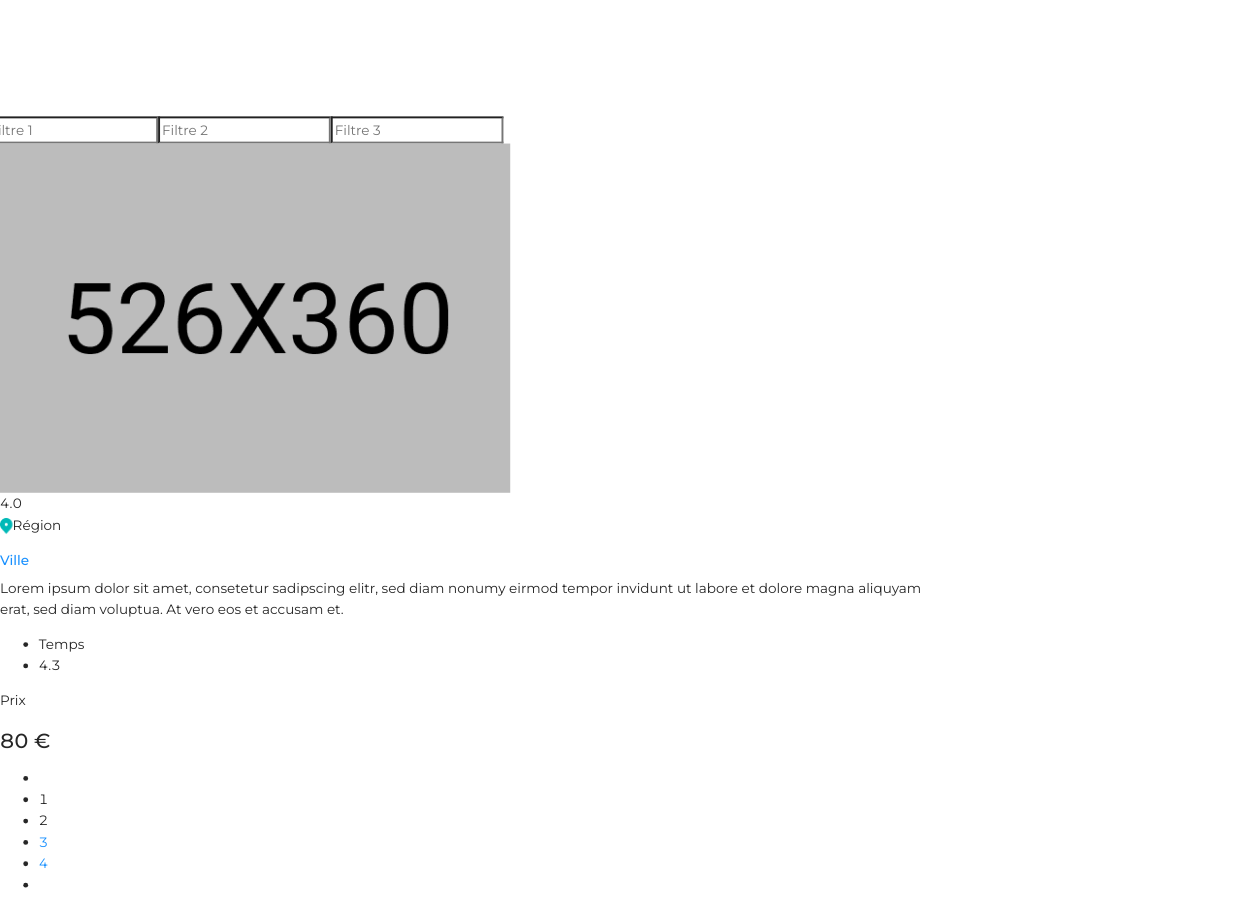
Repository: Emerson1220/projet-neofeel-lacapsule
Page: /roadPlanner (app in reactapp/)
The author's editor kept a copy of each file at every save. The page is drawn from the files as they stood at one save, then again after the next save.
The browser window is 1280 px wide. The page is 1295 px wide, so the pictures cover 1295 px, including what lies to the right of the window. The pictures show the whole page, at 97% of full size.
The project was rebuilt for these pictures with package versions that can differ from the ones it lists, and the page was loaded fresh each time. A package was used in the major version that the imports need, not the one package.json lists. Also part of the build but not shown: reactapp/src/Nav.js, reactapp/src/ScreenHome.js.

Above is the page before, as saved 2021-05-18 08:54:15.

After the next save:
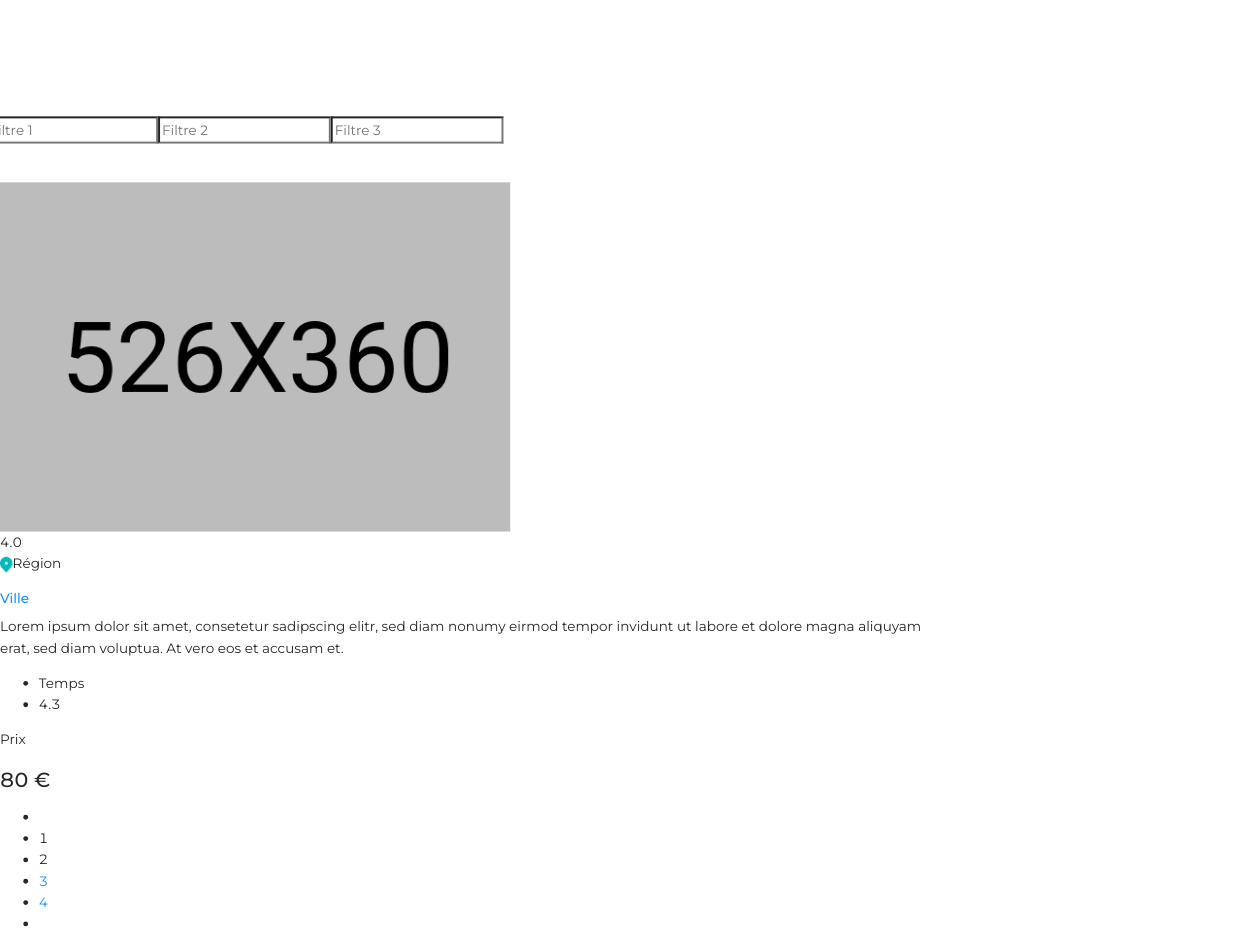
Saved 68 s later.
--- a/reactapp/src/screens/ScreenRoadPlanner.js
+++ b/reactapp/src/screens/ScreenRoadPlanner.js
@@ -13,7 +13,7 @@ function ScreenRoadPlanner() {
                     <div style={ styles.row }>
 
                         <div style={ styles.col }>
-                            <div className="tp-tour-list-search-area"> {/* Filters */}
+                            <div style={{ marginBottom:'40px' }}> {/* Filters */}
 
                                 <div style={ styles.row }>
                                     <div className="col-xl-3 col-sm-6">
